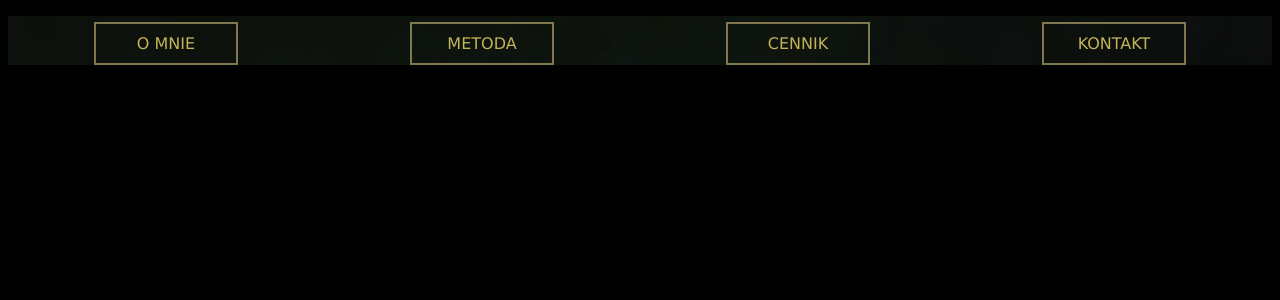
Repository: LechCieslak/Anna_Cieslak_v2.1
Page: index.html
An editor plug-in stored every save of this project. The page is shown before and after the next save, followed by the edit.
The browser window is 1280 px wide. The pictures show the whole page.

Above is the page before, as saved 2020-09-17 15:39:58.

After the next save:
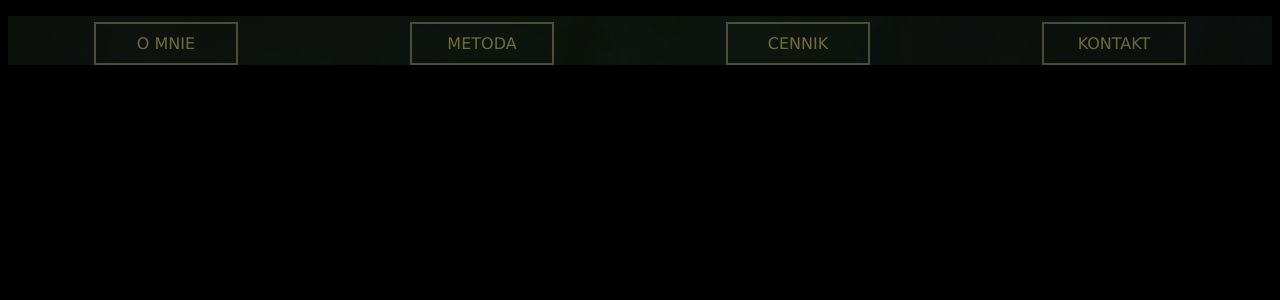
Saved 14 s later.
--- a/style.css
+++ b/style.css
@@ -24,7 +24,7 @@ body::after {
     bottom: 0;
     right: 0;
     position: absolute;
-    z-index: -1;
+    z-index: 1;
 }
 
 ul {
